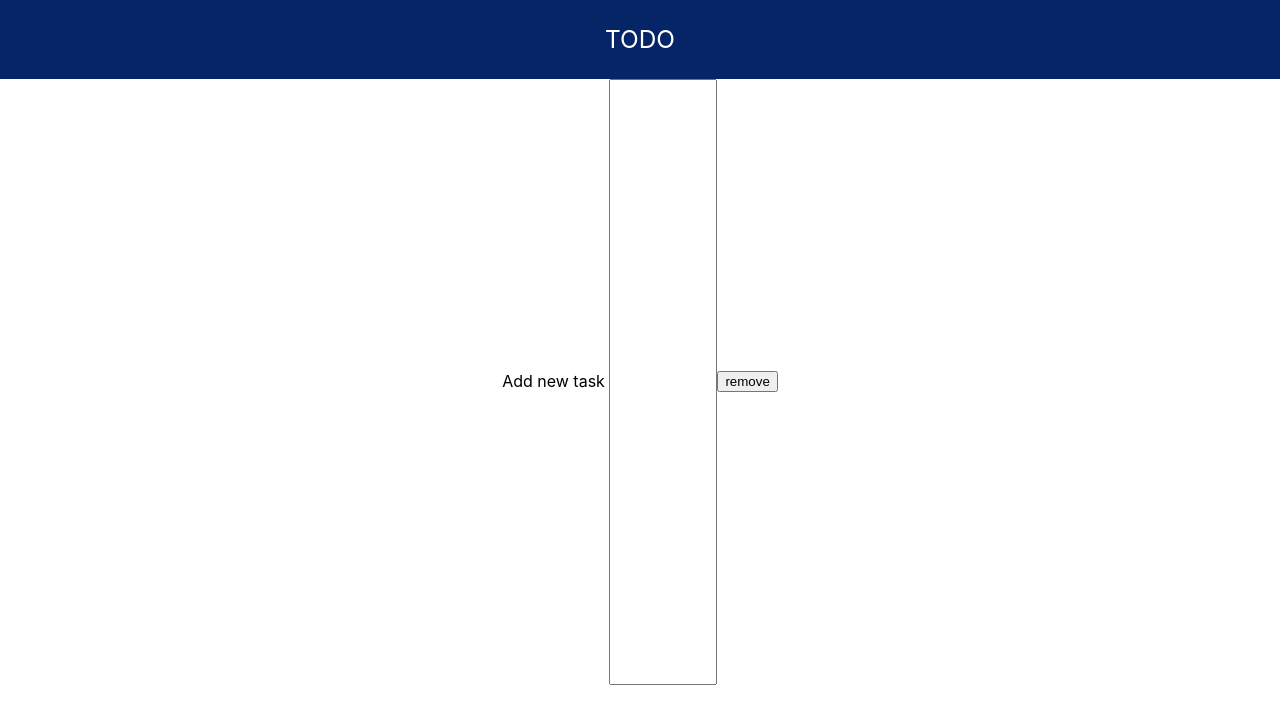
Repository: Shams97/Todo-app
Page: /
These files come from the project's save history. The page is drawn as it stood at one moment and after the next save; the edit follows.
The browser window is 1280 px wide. The pictures show the whole page.
The project was rebuilt for these pictures with package versions that can differ from the ones it lists, and the page was loaded fresh each time.

Above is the page before, as saved 2021-06-26 20:28:44.

### src/App.js
import logo from './logo.svg';
import './App.css';

function App() {
  return (
    <div className="App">
      <header className="App-header">
            <p> TODO </p>
      </header>
        <div className="container">
          <label>Add new task </label> <input className="task_input"/>
          <button>remove</button>
        </div>
    </div>
  );
}

export default App;

### src/App.css
.App {
  text-align: center;
}

.App-logo {
  height: 40vmin;
  pointer-events: none;
}
.task_input {
  width:100px;
  height:600px;
}

@media (prefers-reduced-motion: no-preference) {
  .App-logo {
    animation: App-logo-spin infinite 20s linear;
  }
}

.App-header {
  background-color: #052566;
  min-height: 10vh;

  display: flex;
  flex-direction: column;
  align-items: center;
  justify-content: center;
  font-size: calc(10px + 2vmin);
  color: white;
}


@keyframes App-logo-spin {
  from {
    transform: rotate(0deg);
  }
  to {
    transform: rotate(360deg);
  }
}

Loaded but not shown: public/index.html (common file); src/index.js (common file); src/index.css (common file); src/reportWebVitals.js (common file)

After the next save:
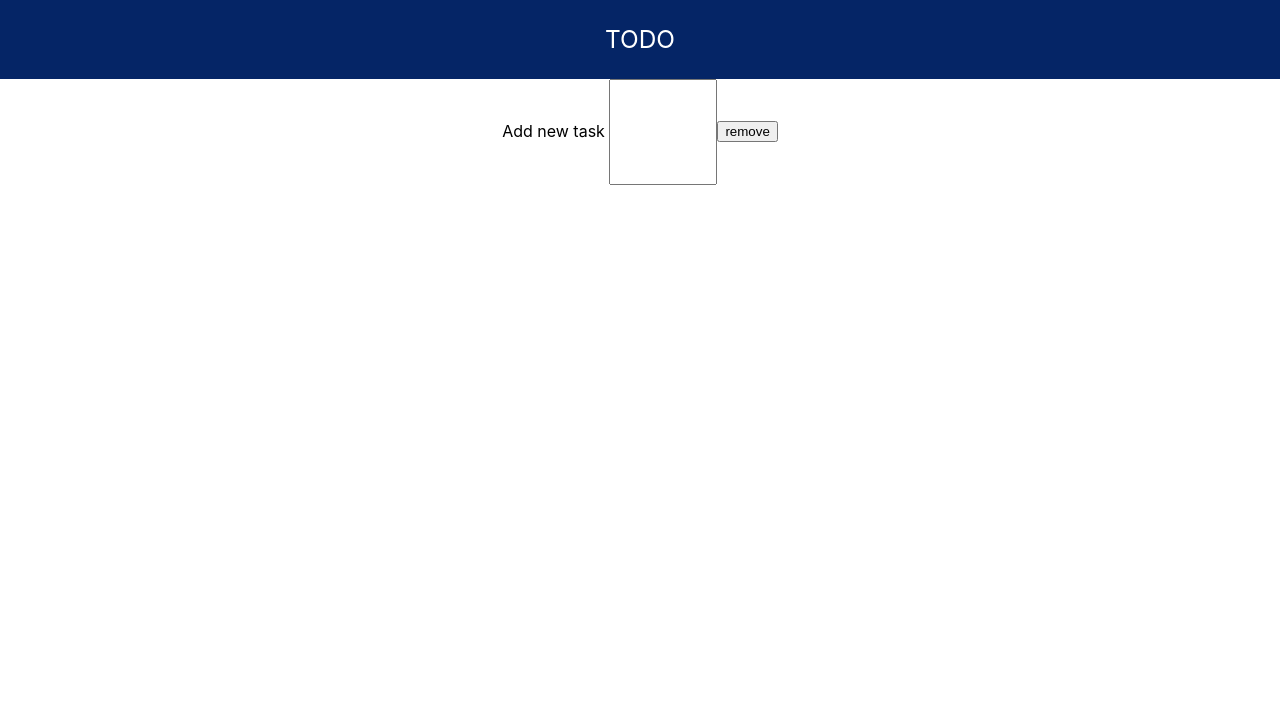
Saved 17 s later.
--- a/src/App.css
+++ b/src/App.css
@@ -8,7 +8,7 @@
 }
 .task_input {
   width:100px;
-  height:600px;
+  height:100px;
 }
 
 @media (prefers-reduced-motion: no-preference) {
